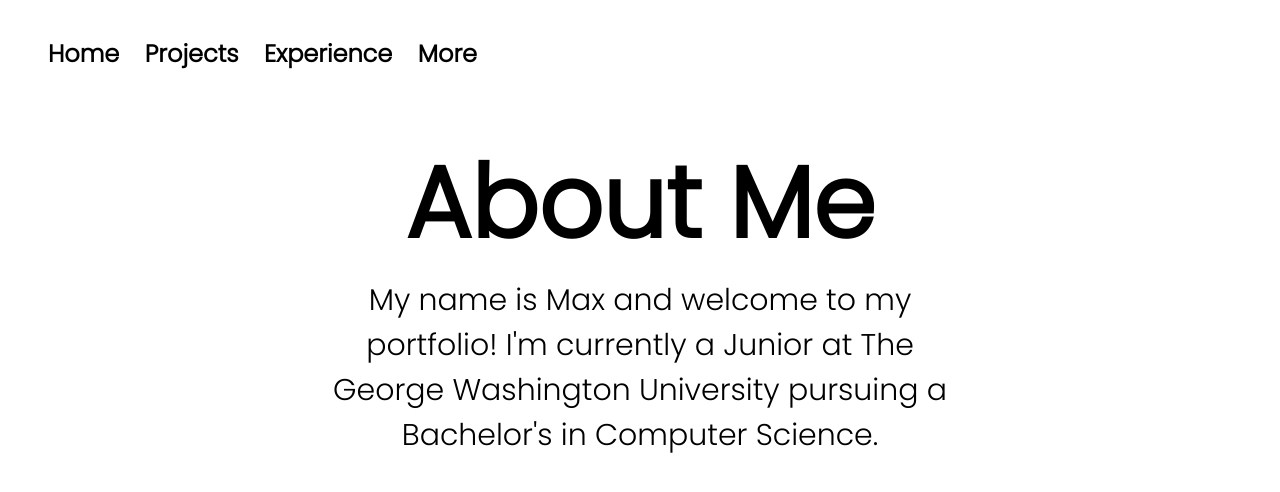
Repository: notMaximilian/maximilianaquino.github.io
Page: about.html
An editor plug-in stored every save of this project. The page is shown before and after a run of saves, followed by the edit.
The browser window is 1280 px wide. The pictures show the whole page.

Above is the page before, as saved 2022-02-10 09:59:21.

### about.html
<!DOCTYPE html>
<html lang="en">

<head>
  <meta charset="UTF-8">
  <meta name="viewport" content="width=device-width, initial-scale=1, user-scaleable=no">
  <title>Max Aquino</title>
  <link rel="preconnect" href="https://fonts.googleapis.com">
  <link rel="preconnect" href="https://fonts.gstatic.com" crossorigin>
  <link href="https://fonts.googleapis.com/css2?family=Poppins:wght@300&display=swap" rel="stylesheet">
  <link rel="stylesheet" href="css/subpage.css">
</head>

<body>


      <div class="mainNav">
        <ul class = "navmenu">
          <li class = "navmenuItems"><h2 id="about">Home</h2></li>
          <li class = "navmenuItems"><h2 id="projects">Projects</h2></li>
          <li class = "navmenuItems"><h2 id="experience">Experience</h2></li>
          <li class = "navmenuItems"><h2 id="more">More</h2></li>
        </ul>

      <br>
      <br>
      <br>
      <h1>About Me</h1>
      <p>My name is Max and welcome to my portfolio! I'm currently a Junior at
        The George Washington University pursuing a Bachelor's in Computer Science.

      </p>



  <!-- Maximilian Fade in and out -->

  <!-- <script src="js/game.js"></script> -->
</body>

</html>

### css/subpage.css
.corners{
    position: absolute;
    width: 16vw;
}

#cornerL{
    transform: translate(-35vw, 23vh);
}
#cornerR{
    transform: translate(35vw, 23vh);
}

#github{
    position: absolute;
    width: 7vw;
    transform: translate(32vw, 28vh);
}
#twitter{
    position: absolute;
    width: 7vw;
    transform: translate(-32vw, 30vh);
}

ul{
    list-style-type: none;
}
li{
    float: left;
    font-family: "Poppins", sans-serif;
    margin-right: 2vw;
}

h1{
    font-family: "Poppins", sans-serif;
    text-align: center;
    margin-top: 8vh;
    font-size: 100px;
    margin-bottom: 0vh;
}

p{
    inline-size: 49vw;
    font-family: "Poppins", sans-serif;
    text-align: center;
    /* border: 5px solid black; */
    margin: 0 auto;
    font-size: 30px ;
}

After the next 2 saves:
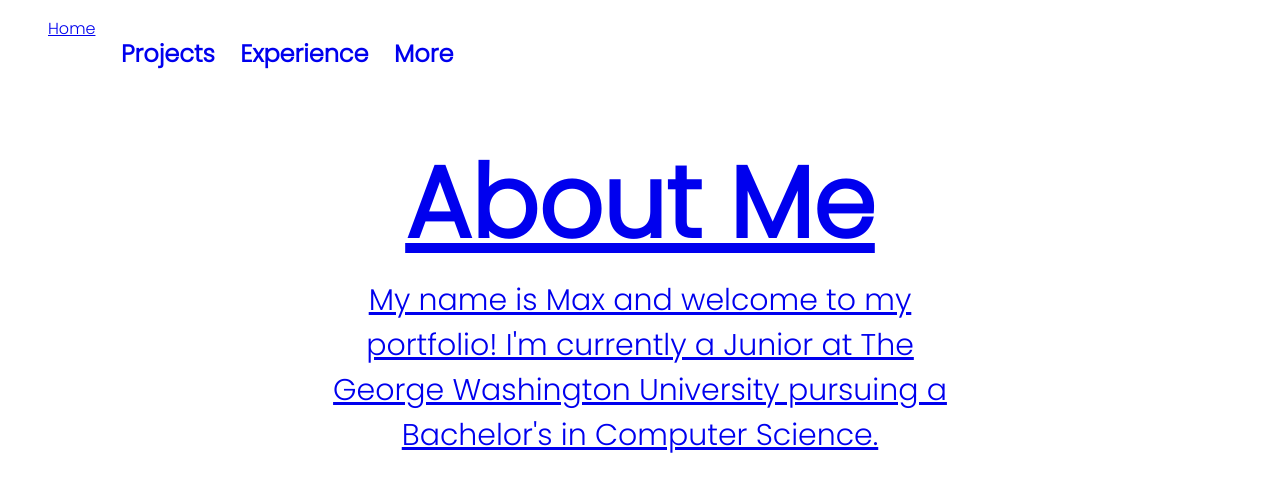
The 2 saves are shown as one change because they came seconds apart.
The last was saved 10 s later.
--- a/about.html
+++ b/about.html
@@ -16,7 +16,7 @@
 
       <div class="mainNav">
         <ul class = "navmenu">
-          <li class = "navmenuItems"><h2 id="about">Home</h2></li>
+          <li class = "navmenuItems"><a href="<h2 id="about">Home</h2></li>
           <li class = "navmenuItems"><h2 id="projects">Projects</h2></li>
           <li class = "navmenuItems"><h2 id="experience">Experience</h2></li>
           <li class = "navmenuItems"><h2 id="more">More</h2></li>
